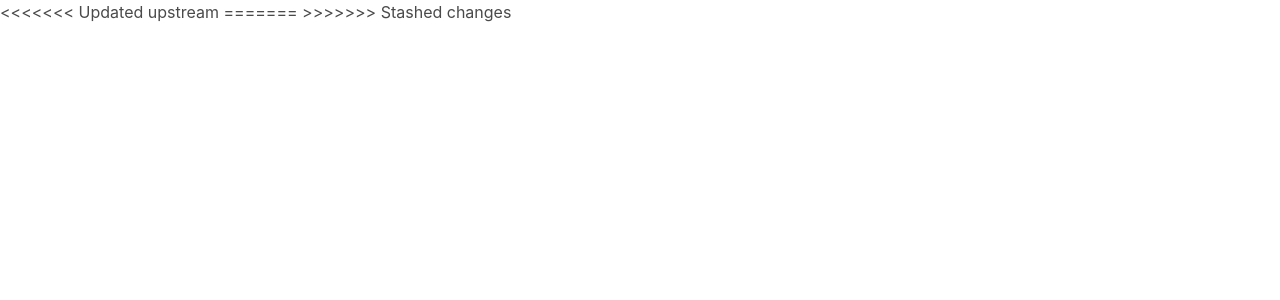
Repository: antellitocci/crypto-arbitrage
Page: index.html
The author's editor kept a copy of each file at every save. The page is drawn from the files as they stood at one save, then again after the next save.
The browser window is 1280 px wide. The pictures show the whole page.

Above is the page before, as saved 2021-05-21 19:18:08.

After the next save:
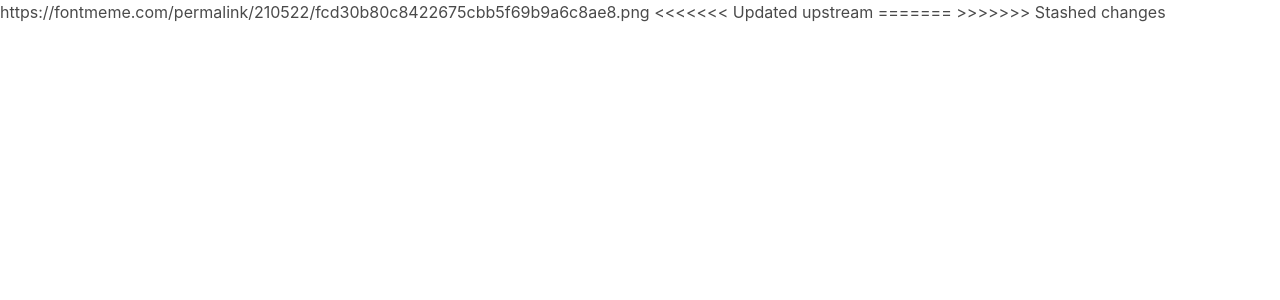
Saved 12 s later.
--- a/index.html
+++ b/index.html
@@ -12,7 +12,7 @@
 </head>
 
 <body>
-
+    https://fontmeme.com/permalink/210522/fcd30b80c8422675cbb5f69b9a6c8ae8.png
 </body>
 
 <<<<<<< Updated upstream <!--Import JQuery-->
